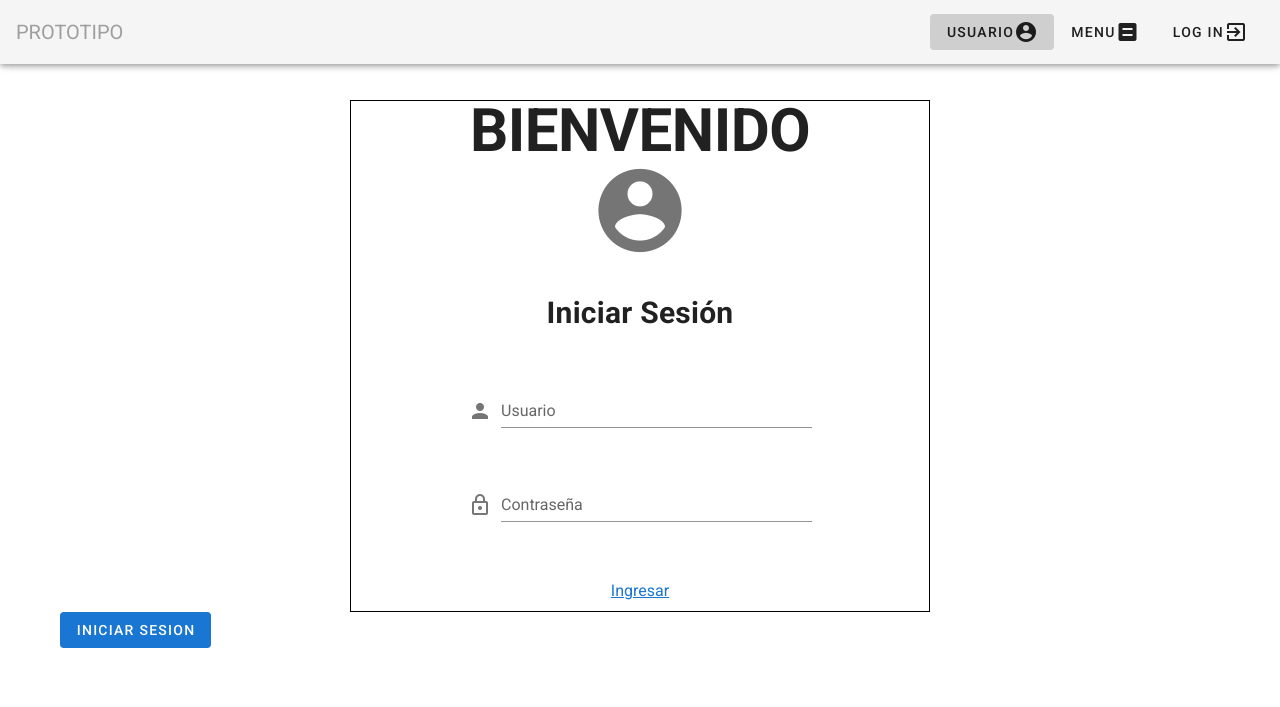
Repository: YojayDeHorta/Administrador-con-filtros
Page: /
An editor plug-in stored every save of this project. The page is shown before and after the next save, followed by the edit.
The browser window is 1280 px wide. The pictures show the whole page.
The project was rebuilt for these pictures with package versions that can differ from the ones it lists, and the page was loaded fresh each time. Also part of the build but not shown: vue.config.js, src/components/Login.vue, src/views/Options.vue, src/components/Filtro.vue, src/components/CrudClientes.vue, src/views/Filter.vue.

Above is the page before, as saved 2021-09-25 16:55:23.

After the next save:
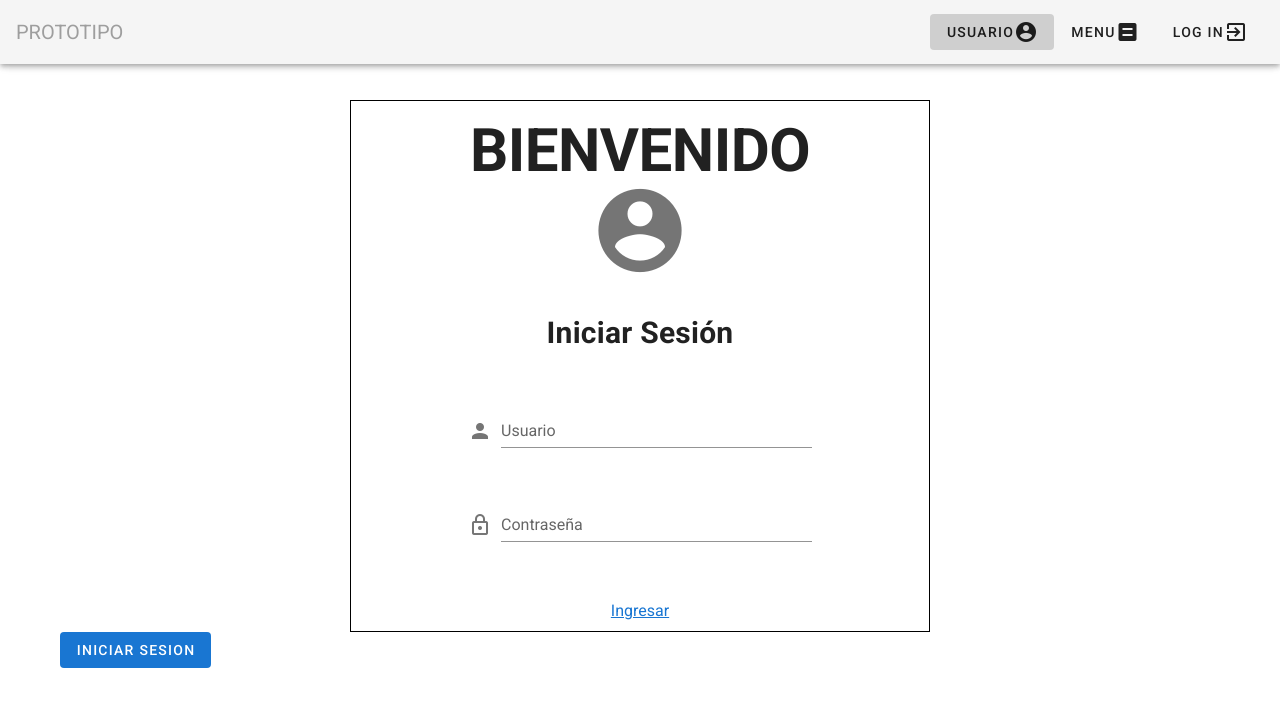
Saved 14 s later.
--- a/src/components/Tabs_Login.vue
+++ b/src/components/Tabs_Login.vue
@@ -1,6 +1,6 @@
 <template>
     <div class="Marco text-center">
-        <h1 class="Titulo text-center font-weight-bold text-h2 basil--text">
+        <h1 class="Titulo text-center font-weight-bold text-h2 basil--text mt-5">
             BIENVENIDO<br>
             <v-icon class="Filtrar" style="font-size:100px">mdi-account-circle</v-icon>
         </h1>
